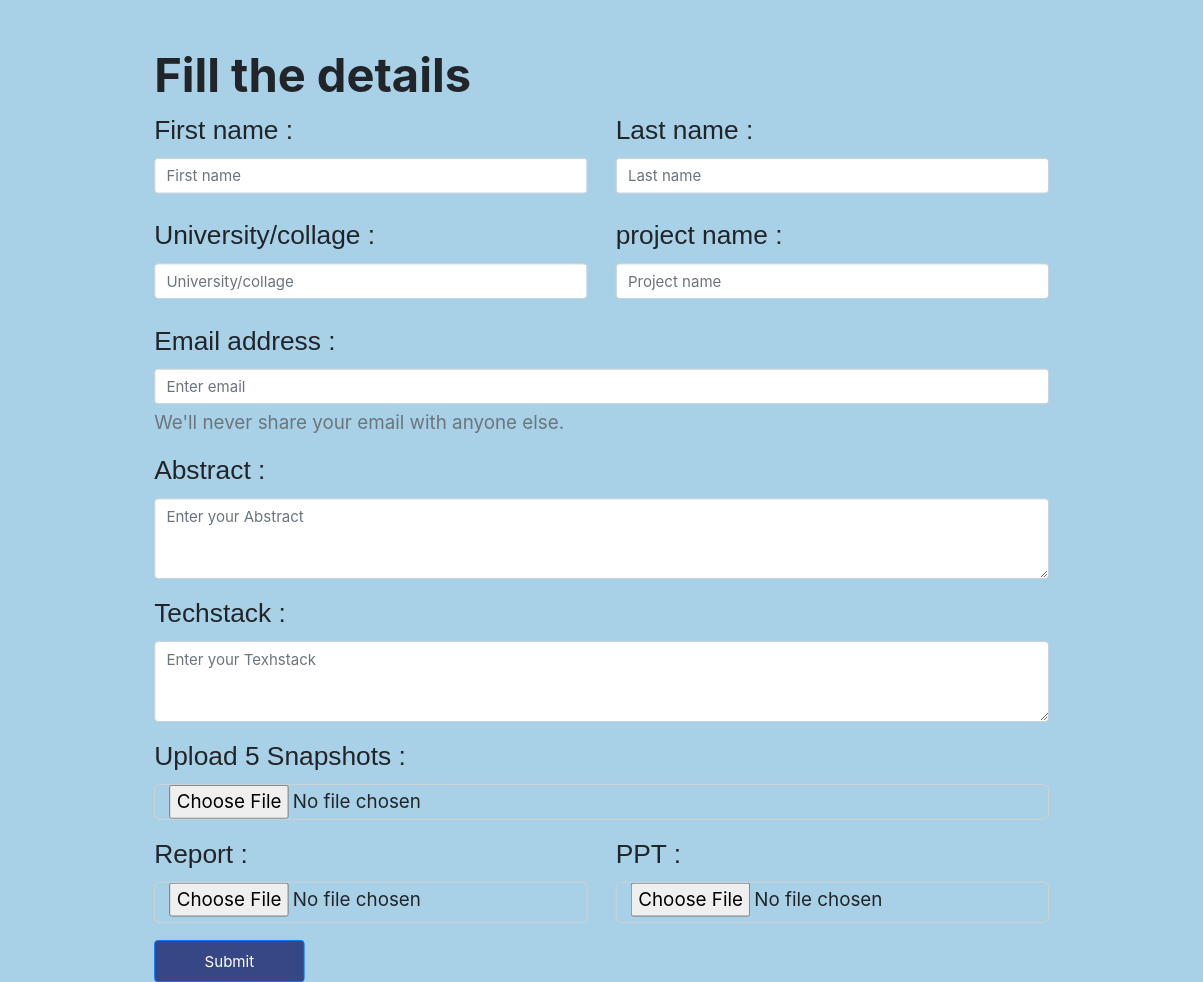
Repository: Sanskriti002/collaborate
Page: form.html
The author's editor kept a copy of each file at every save. The page is drawn from the files as they stood at one save, then again after the next save.
The browser window is 1280 px wide. The pictures show the whole page, at 94% of full size.

Above is the page before, as saved 2023-09-21 20:28:17.

### form.html
<!DOCTYPE html>
<html lang="en">
<head>
    <meta charset="UTF-8">
    <meta name="viewport" content="width=device-width, initial-scale=1.0">
    <meta http-equiv="X-UA-Compatible" content="ie=edge">
    <link rel="stylesheet" href="https://stackpath.bootstrapcdn.com/bootstrap/4.1.1/css/bootstrap.min.css" integrity="sha384-WskhaSGFgHYWDcbwN70/dfYBj47jz9qbsMId/iRN3ewGhXQFZCSftd1LZCfmhktB"
        crossorigin="anonymous">
        <link href="form.css" rel="stylesheet">
    <title>upload</title>
</head>
<body>
    <form>
        <h3>Fill the details</h3>
        <div class="row">
          <div class="col">
            <label>First name :</label>
            <input type="text" class="form-control" placeholder="First name">
          </div>
          <div class="col">
            <label>Last name :</label>
            <input type="text" class="form-control" placeholder="Last name">
          </div>
        </div>
        <br>
        <div class="row">
            <div class="col">
              <label>University/collage :</label>
              <input type="text" class="form-control" placeholder="University/collage">
            </div>
            <div class="col">
              <label>project name :</label>
              <input type="text" class="form-control" placeholder="Project name">
            </div>
          </div>
        <br>
        <div class="form-group">
            <label for="exampleInputEmail1">Email address :</label>
            <input type="email" class="form-control" id="exampleInputEmail1" aria-describedby="emailHelp" placeholder="Enter email">
            <small id="emailHelp" class="form-text text-muted">We'll never share your email with anyone else.</small>
          </div>
          <div class="form-group">
            <label for="exampleFormControlTextarea1">Abstract :</label>
            <textarea class="form-control" id="exampleFormControlTextarea1" rows="3" placeholder="Enter your Abstract"></textarea>
          </div>
          <div class="form-group">
            <label for="exampleFormControlTextarea1">Techstack :</label>
            <textarea class="form-control" id="exampleFormControlTextarea1" rows="3" placeholder="Enter your Texhstack"></textarea>
          </div>
          <div class="form-group">
            <label for="exampleFormControlFile1"> Upload 5 Snapshots :</label>
            <input type="file" class="form-control-file" id="exampleFormControlFile1">
          </div>
          <div class="row">
            <div class="col">
            <label for="exampleFormControlFile1">Report :</label>
            <input type="file" class="form-control-file" id="exampleFormControlFile1">
          </div>
           <div class="col">
            <label for="exampleFormControlFile1">PPT :</label>
            <input type="file" class="form-control-file" id="exampleFormControlFile1">
          </div>
          </div>
          <br>
          <button type="submit" id="btn" class="btn btn-primary" onclick="alert('Submitted')">Submit</button>
      </form>



</body>
</html>

### form.css
body{
    background-color:#A8D0E6;
    margin:0;
    padding:0;
     justify-content: center;
    align-items: center;
    box-sizing: border-box;

}

form{
     display: inline-block;
     position: relative;
     left: 50%;
    transform: translateX(-50%);;
     top: 50px;

    }
    input{
        width:100%;
        height: 50%;
        border: 1px solid lightgray;
        border-radius: 6px;
        outline: none;
        padding: 0 15px;
        font-size: 20px;
        transition: all 0.3s ease;

 }

 label{
    font-size: 28px;
    font-weight: 300;
    font-family: 'Nunito',sans-serif;
 }
 h3{
    font-size:50px;
    font-weight: bold;
 }
 #emailHelp{
    font-size: 20px;
    color: black;
 }
 #btn{
    width:160px;
    height:45px;
    cursor:pointer;
    background-color:#374785;
 }

After the next save:
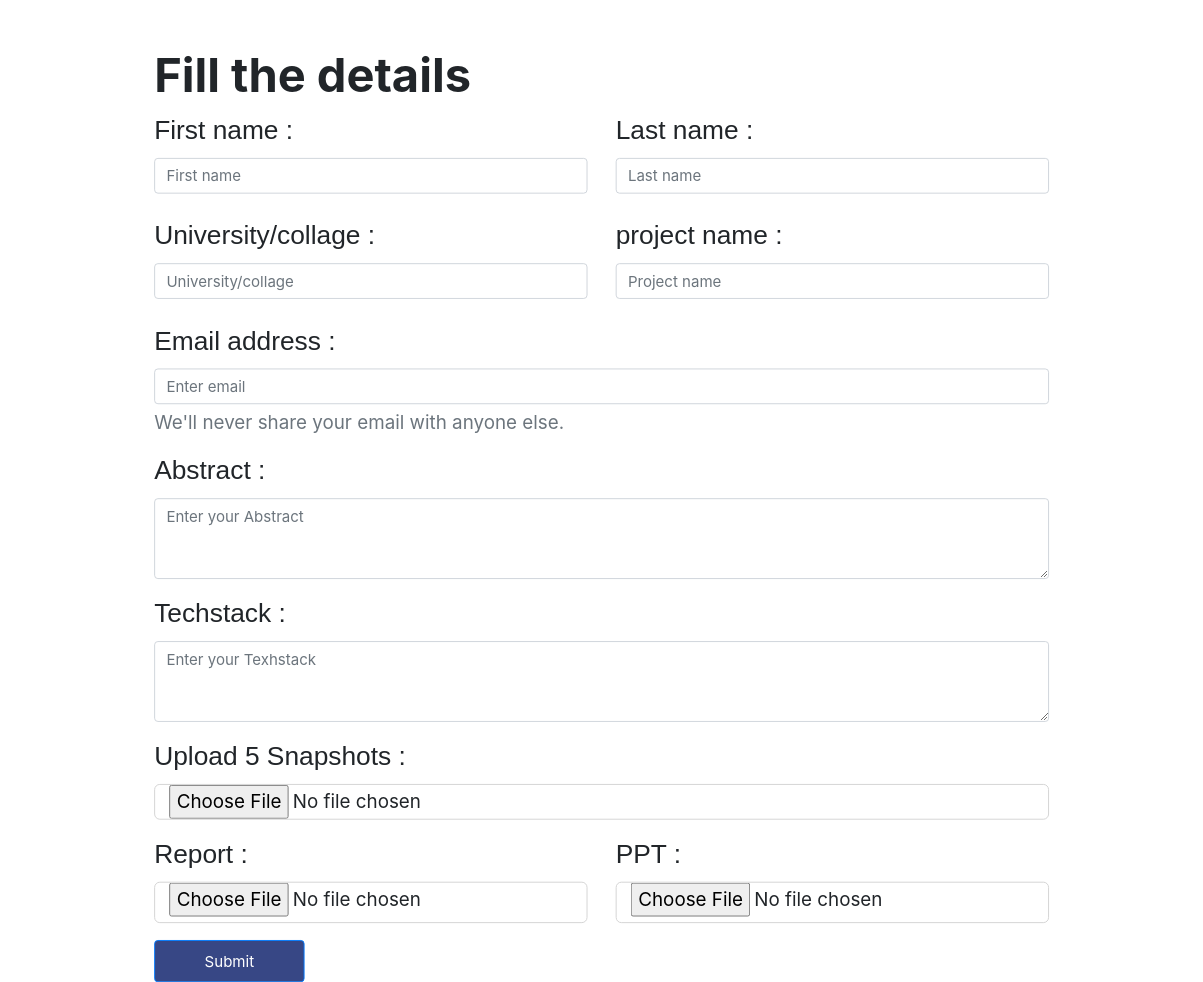
Saved 31 s later.
--- a/form.css
+++ b/form.css
@@ -1,5 +1,5 @@
 body{
-    background-color:#A8D0E6;
+    background-image:#A8D0E6;
     margin:0;
     padding:0;
      justify-content: center;
